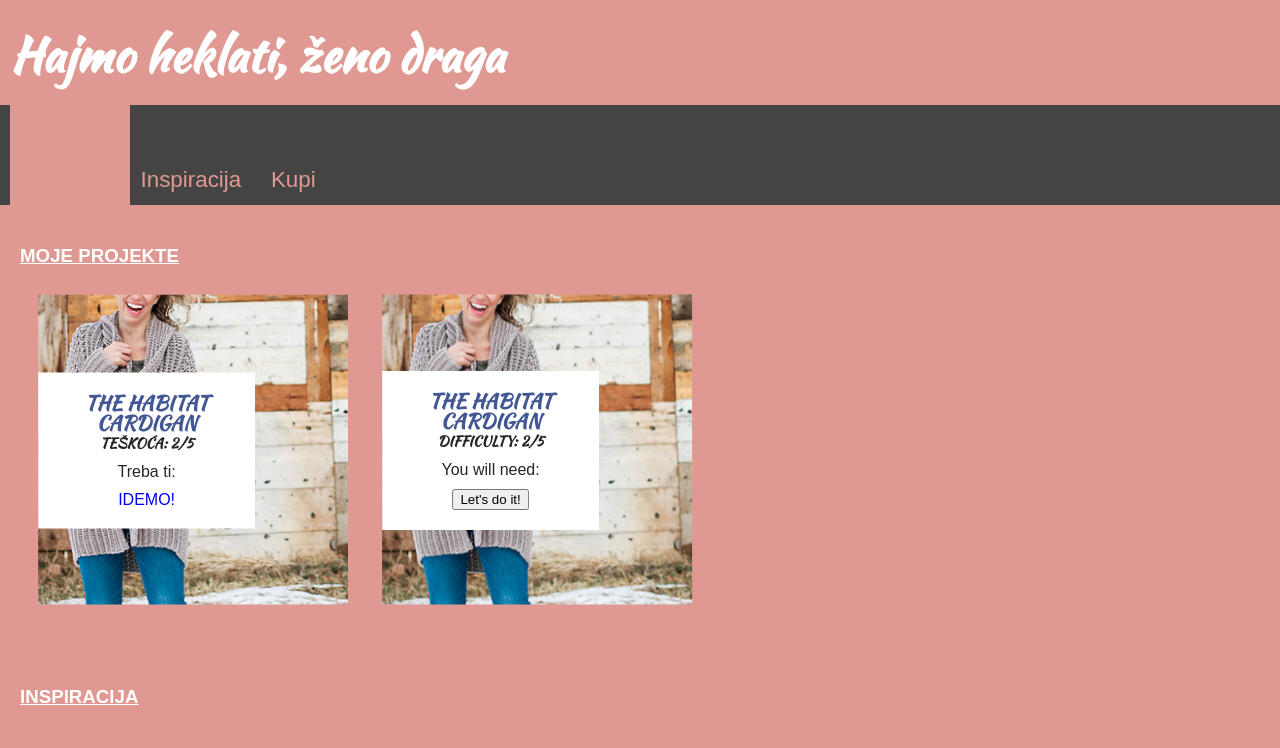
Repository: sdnc/Heklamo
Page: index.html
The author's editor kept a copy of each file at every save. The page is drawn from the files as they stood at one save, then again after the next save.
The browser window is 1280 px wide. The pictures show the whole page.
The pointer rests on the first visible `.nav a`.

Above is the page before, as saved 2020-12-24 15:12:48.
Console error: ReferenceError: $ is not defined

After the next save:
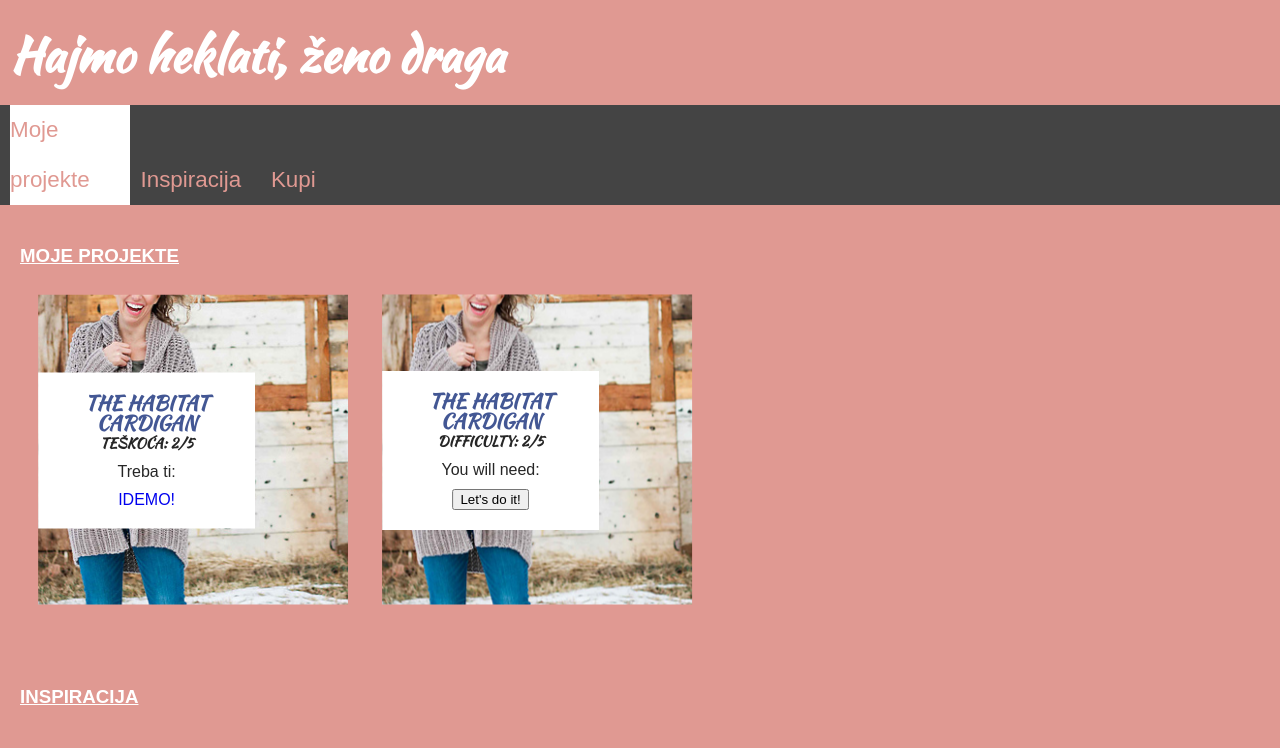
Saved 12 s later.
--- a/styles.css
+++ b/styles.css
@@ -43,7 +43,7 @@ h3 {
 }
 
 .nav a:hover {
-  background-color: #e09992;
+  background-color: white;
 }
 /*
 .nav a.active {
